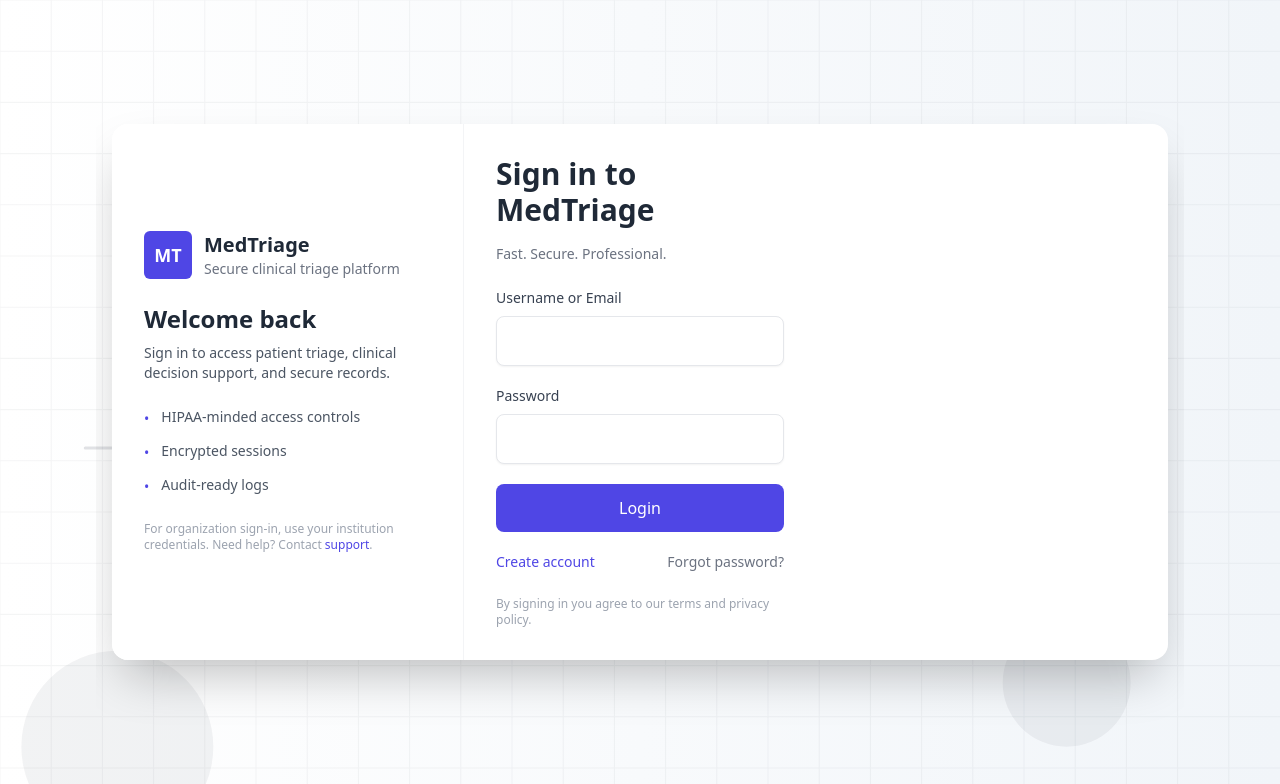
Repository: shakin-shahria/MedTriage-
Page: / (app in frontend/)
The author's editor kept a copy of each file at every save. The page is drawn from the files as they stood at one save, then again after the next save.
The browser window is 1280 px wide. The pictures show the whole page.
The project was rebuilt for these pictures with package versions that can differ from the ones it lists, and the page was loaded fresh each time. Also part of the build but not shown: frontend/vite.config.js, frontend/src/Register.jsx, frontend/src/Profile.jsx, frontend/src/Admin.jsx, frontend/src/AdminDashboard.jsx, frontend/src/HeartTriage.jsx.

Above is the page before, as saved 2025-10-15 11:28:00.

### frontend/index.html
<!doctype html>
<html>
  <head>
    <meta charset="utf-8" />
    <meta name="viewport" content="width=device-width, initial-scale=1.0" />
    <title>MedTriage Demo</title>
  </head>
  <body>
    <div id="root"></div>
    <script type="module" src="/src/main.jsx"></script>
  </body>
</html>

### frontend/src/index.css
@tailwind base;
@tailwind components;
@tailwind utilities;

body { font-family: ui-sans-serif, system-ui, -apple-system, 'Segoe UI', Roboto, 'Helvetica Neue', Arial }

### frontend/src/Login.jsx
import React, { useState } from 'react'
import { useNavigate, Link } from 'react-router-dom'

export default function Login() {
  const [form, setForm] = useState({ username_or_email: '', password: '' })
  const [loading, setLoading] = useState(false)
  const [error, setError] = useState(null)
  const navigate = useNavigate()

  const handleChange = (e) => {
    setForm({ ...form, [e.target.name]: e.target.value })
  }

  const handleSubmit = async (e) => {
    e.preventDefault()
    setLoading(true)
    setError(null)
    try {
      const res = await fetch('http://127.0.0.1:8000/auth/login', {
        method: 'POST',
        headers: { 'Content-Type': 'application/json' },
        body: JSON.stringify(form),
      })
      if (!res.ok) throw new Error(`Login failed: ${res.status}`)
      const data = await res.json()
      localStorage.setItem('token', data.access_token)
      // Notify other components that auth state changed
      window.dispatchEvent(new Event('auth-change'))
      // After storing the token, probe the profile endpoint to detect the
      // user's role so admins can be sent straight to the Admin dashboard.
      try {
        const profileRes = await fetch('http://127.0.0.1:8000/auth/profile', {
          headers: { 'Authorization': `Bearer ${data.access_token}` },
        })
        if (profileRes.ok) {
          const profile = await profileRes.json()
          if (profile.role === 'admin') {
              // Persist admin token for Admin UI convenience and replace history so back doesn't go to login
              try { localStorage.setItem('medtriage_admin_token', `Bearer ${data.access_token}`) } catch (e) {}
              navigate('/admin-dashboard', { replace: true })
            return
          }
        }
      } catch (e) {
        // ignore profile fetch errors and fall back to profile page
      }

      navigate('/profile')
    } catch (err) {
      setError(err.message)
    } finally {
      setLoading(false)
    }
  }

  return (
    <>
      {/* Diagnostic-themed background SVG: faint grid + ECG waveform + medical icons */}
      <svg aria-hidden="true" className="fixed inset-0 pointer-events-none" preserveAspectRatio="none" xmlns="http://www.w3.org/2000/svg" viewBox="0 0 1200 800">
        <defs>
          <linearGradient id="ecgGrad" x1="0" x2="1">
            <stop offset="0%" stopColor="#ffffff" />
            <stop offset="100%" stopColor="#f1f5f9" />
          </linearGradient>
        </defs>
        <rect width="1200" height="800" fill="url(#ecgGrad)" />

        {/* faint clinical grid */}
        <g stroke="#0f172a" strokeWidth="1" opacity="0.04">
          {Array.from({ length: 25 }).map((_, i) => {
            const x = i * 48
            return <line key={`vx-${i}`} x1={x} y1={0} x2={x} y2={800} />
          })}
          {Array.from({ length: 17 }).map((_, i) => {
            const y = i * 48
            return <line key={`hy-${i}`} x1={0} y1={y} x2={1200} y2={y} />
          })}
        </g>

        {/* ECG waveform path - low contrast and centered */}
        <g transform="translate(80,420)" stroke="#0f172a" strokeWidth="3" fill="none" opacity="0.12">
          <path d="M0 0 L40 0 L56 -36 L72 48 L88 -48 L120 0 L200 0 L216 -24 L232 12 L248 -60 L280 0 L360 0 L376 -20 L392 8 L408 -40 L444 0 L520 0 L560 -50 L600 60 L640 -20 L680 0 L760 0" strokeLinecap="round" strokeLinejoin="round" />
        </g>

        {/* small medical icons (cross, stethoscope circle) */}
        <g transform="translate(920,120)" opacity="0.06" fill="#0f172a">
          <rect x="0" y="0" width="160" height="160" rx="20" />
          <g transform="translate(40,40)" fill="#fff">
            <rect x="30" y="0" width="20" height="60" rx="3" />
            <rect x="0" y="20" width="80" height="20" rx="3" />
          </g>
        </g>

        {/* subtle pulse circles */}
        <g opacity="0.05" fill="#0f172a">
          <circle cx="1000" cy="640" r="60" />
          <circle cx="110" cy="700" r="90" />
        </g>
      </svg>

      <div className="min-h-screen flex items-center justify-center py-12 px-4 bg-transparent relative overflow-hidden">

      <div className="relative z-10 max-w-6xl w-full bg-white rounded-2xl shadow-2xl overflow-hidden grid grid-cols-1 md:grid-cols-3">
        {/* Left: Professional brand panel (replaces cartoon SVG) */}
        <div className="bg-white p-8 flex flex-col items-start justify-center space-y-6 border-r border-gray-100">
          <div className="flex items-center space-x-3">
            {/* Simple logo mark */}
            <div className="w-12 h-12 flex items-center justify-center rounded-md bg-indigo-600 text-white font-bold text-lg">MT</div>
            <div>
              <h2 className="text-xl font-semibold text-gray-800">MedTriage</h2>
              <p className="text-sm text-gray-500">Secure clinical triage platform</p>
            </div>
          </div>

          <div className="w-full max-w-xs">
            <h3 className="text-2xl font-semibold text-gray-800">Welcome back</h3>
            <p className="mt-2 text-sm text-gray-600">Sign in to access patient triage, clinical decision support, and secure records.</p>

            <ul className="mt-6 space-y-3 text-sm text-gray-600">
              <li className="flex items-start">
                <span className="mr-3 text-indigo-600 mt-0.5">•</span>
                <span>HIPAA-minded access controls</span>
              </li>
              <li className="flex items-start">
                <span className="mr-3 text-indigo-600 mt-0.5">•</span>
                <span>Encrypted sessions</span>
              </li>
              <li className="flex items-start">
                <span className="mr-3 text-indigo-600 mt-0.5">•</span>
                <span>Audit-ready logs</span>
              </li>
            </ul>
          </div>

          <div className="mt-4 text-xs text-gray-400">
            <p>For organization sign-in, use your institution credentials. Need help? Contact <a href="mailto:support@medtriage.example" className="text-indigo-600">support</a>.</p>
          </div>
        </div>

        {/* Right: Form */}
        <div className="p-8 flex items-center justify-center">
          <div className="w-full max-w-md">
            <h1 className="text-3xl font-bold text-gray-800 mb-4">Sign in to MedTriage</h1>
            <p className="text-sm text-gray-500 mb-6">Fast. Secure. Professional.</p>
            <form onSubmit={handleSubmit} className="space-y-5">
              <div>
                <label htmlFor="username_or_email" className="block text-sm font-medium text-gray-700 mb-2">Username or Email</label>
                <input
                  id="username_or_email"
                  type="text"
                  name="username_or_email"
                  value={form.username_or_email}
                  onChange={handleChange}
                  className="w-full p-3 border border-gray-200 rounded-lg shadow-sm focus:ring-2 focus:ring-indigo-400 focus:border-transparent"
                  required
                />
              </div>
              <div>
                <label htmlFor="password" className="block text-sm font-medium text-gray-700 mb-2">Password</label>
                <input
                  id="password"
                  type="password"
                  name="password"
                  value={form.password}
                  onChange={handleChange}
                  className="w-full p-3 border border-gray-200 rounded-lg shadow-sm focus:ring-2 focus:ring-indigo-400 focus:border-transparent"
                  required
                />
              </div>
              {error && <p className="text-red-600 text-sm">{error}</p>}
              <button
                type="submit"
                disabled={loading}
                className="w-full px-6 py-3 bg-indigo-600 text-white rounded-lg font-medium hover:bg-indigo-700 disabled:opacity-50 transition-colors"
              >
                {loading ? 'Logging in...' : 'Login'}
              </button>

              <div className="flex items-center justify-between text-sm text-gray-500">
                <Link to="/register" className="text-indigo-600 hover:underline">Create account</Link>
                <a href="#" className="hover:underline">Forgot password?</a>
              </div>
            </form>
            <p className="mt-6 text-xs text-gray-400">By signing in you agree to our terms and privacy policy.</p>
          </div>
        </div>
      </div>
    </div>
    </>
  )
}

Loaded but not shown: frontend/src/main.jsx (common file); frontend/tailwind.config.cjs (common file); frontend/src/App.jsx (373 lines, source omitted)

After the next save:
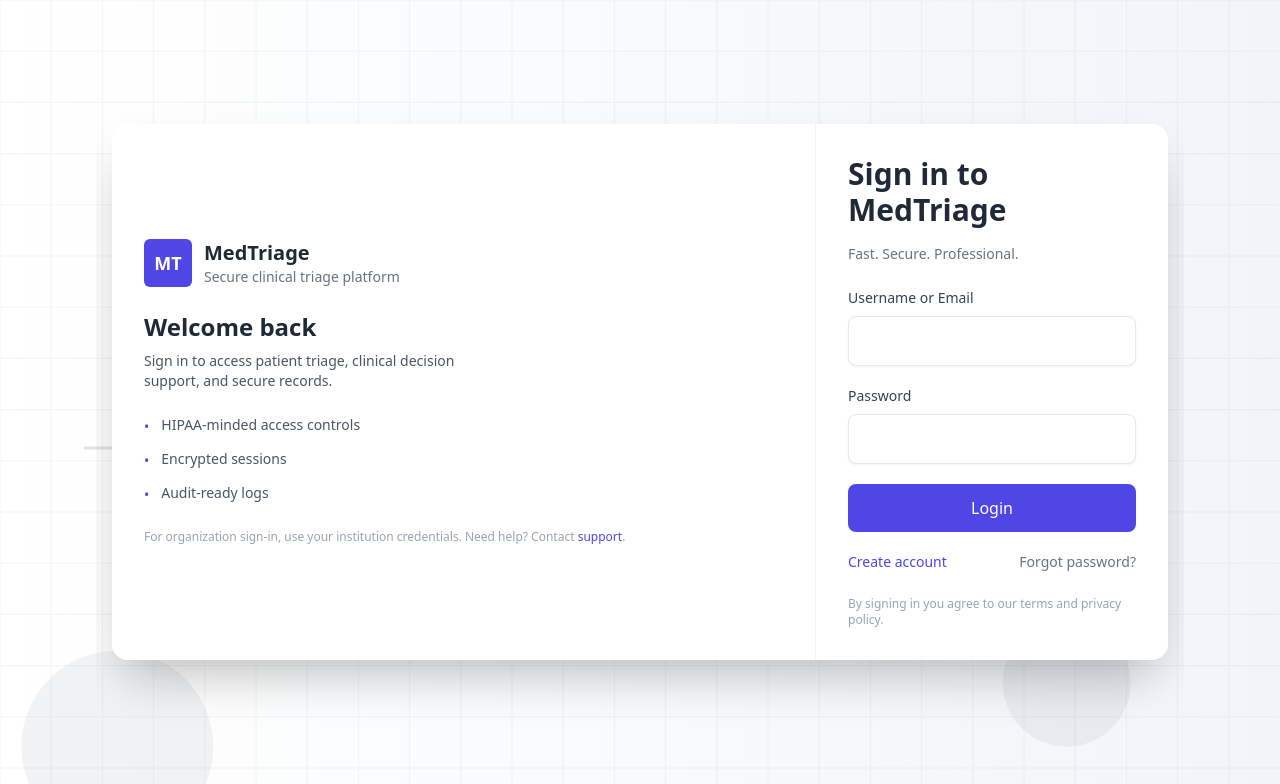
Saved 5 s later.
--- a/frontend/src/Login.jsx
+++ b/frontend/src/Login.jsx
@@ -101,8 +101,8 @@ export default function Login() {
       <div className="min-h-screen flex items-center justify-center py-12 px-4 bg-transparent relative overflow-hidden">
 
       <div className="relative z-10 max-w-6xl w-full bg-white rounded-2xl shadow-2xl overflow-hidden grid grid-cols-1 md:grid-cols-3">
-        {/* Left: Professional brand panel (replaces cartoon SVG) */}
-        <div className="bg-white p-8 flex flex-col items-start justify-center space-y-6 border-r border-gray-100">
+        {/* Left: Professional brand panel */}
+        <div className="bg-white p-8 flex flex-col items-start justify-center space-y-6 border-r border-gray-100 md:col-span-2">
           <div className="flex items-center space-x-3">
             {/* Simple logo mark */}
             <div className="w-12 h-12 flex items-center justify-center rounded-md bg-indigo-600 text-white font-bold text-lg">MT</div>
